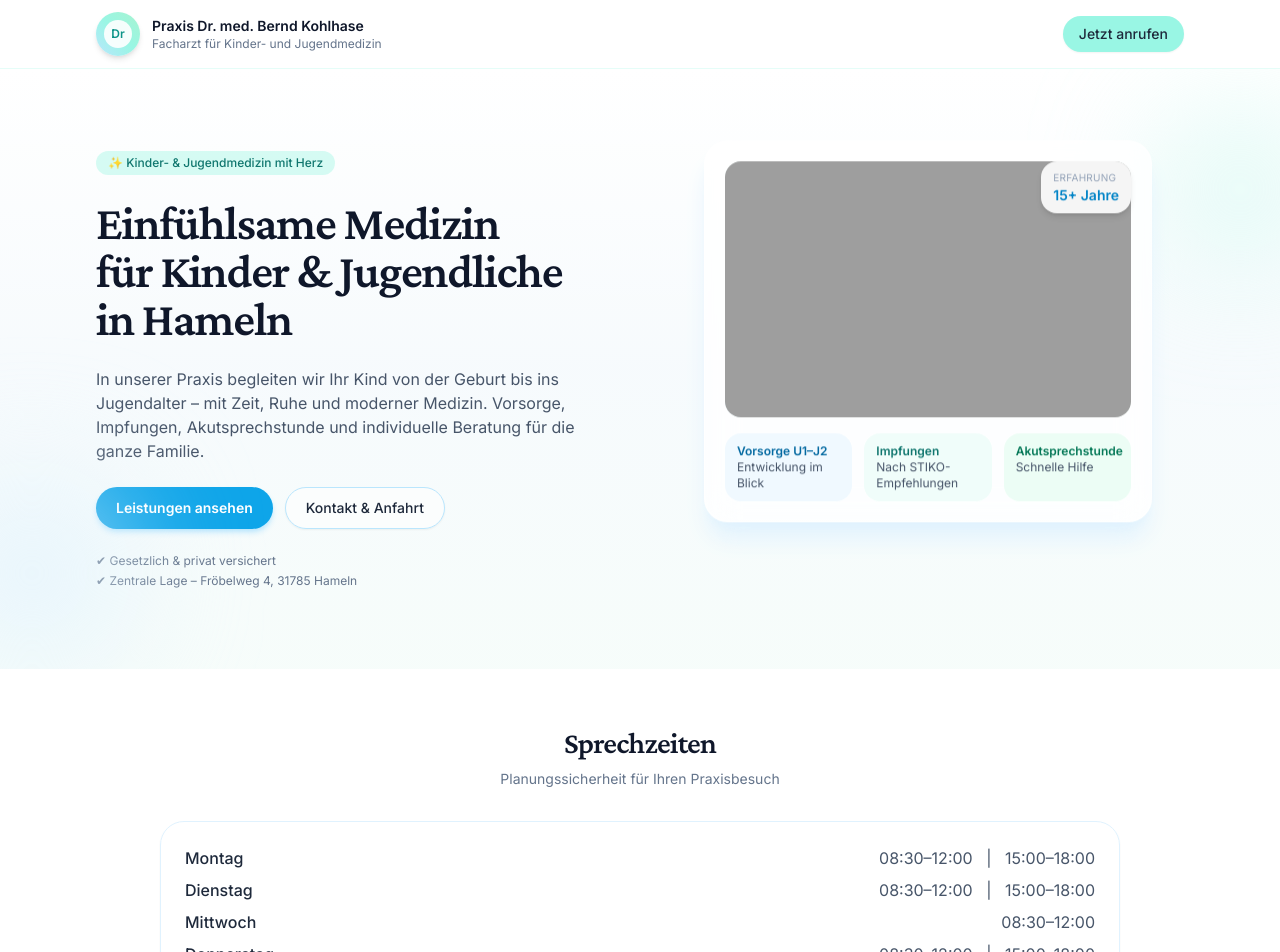
Repository: NikolajMalisch/kinderartz-web
Page: index.html
These files come from the project's save history. The page is drawn as it stood at one moment and after the next save; the edit follows.
The browser window is 1280 px wide. The pictures show the part of the page from y = 0 to 952 px (the page is 2595 px tall).
Pictures or frames that could not be fetched are drawn as grey boxes. Some web libraries are served in a nearby version.

Above is the page before, as saved 2025-12-11 17:18:49.

After the next save:
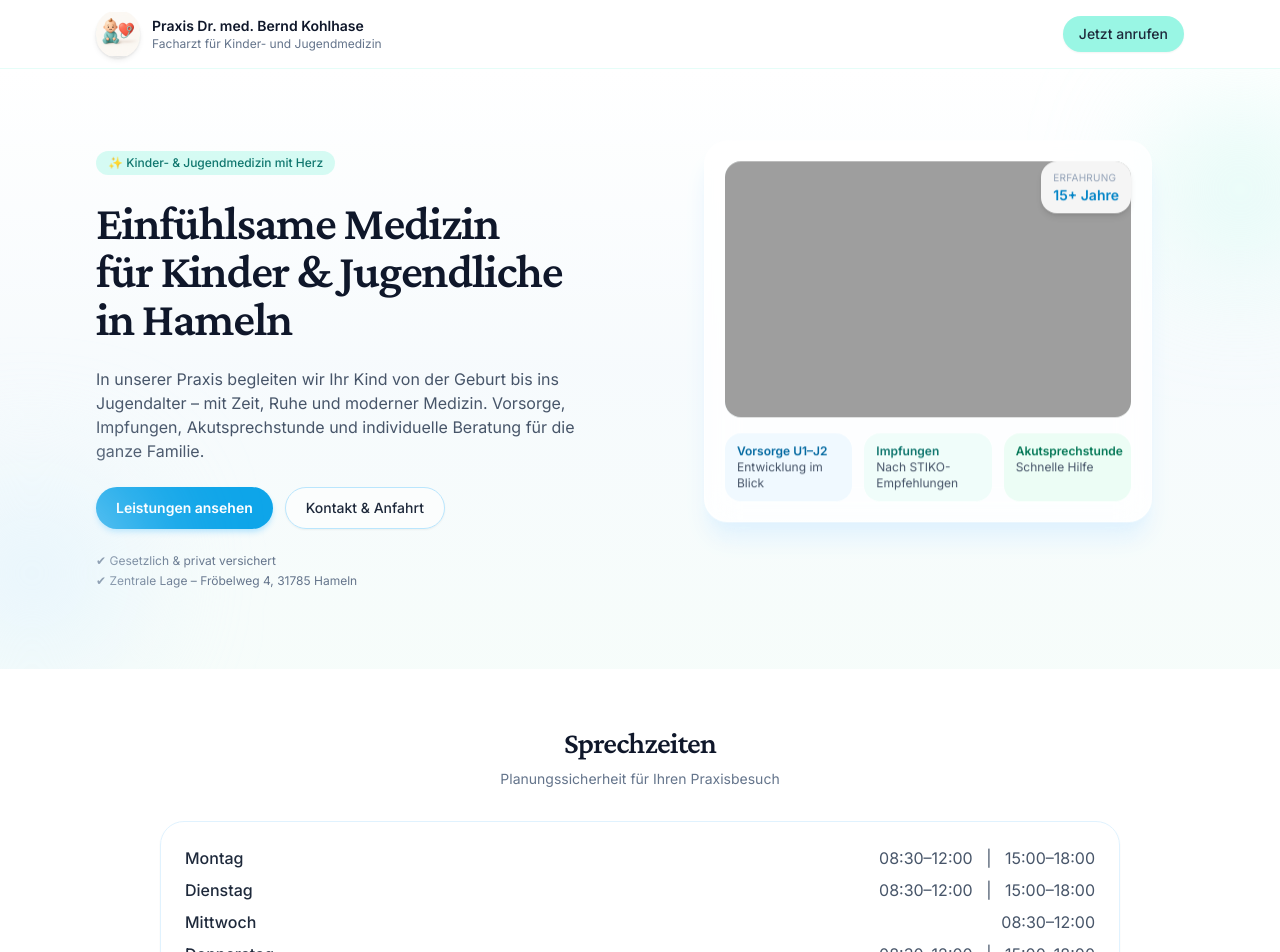
Saved 3 h 57 min later.
--- a/index.html
+++ b/index.html
@@ -64,9 +64,12 @@
                 <div
                     class="flex h-11 w-11 items-center justify-center rounded-full bg-gradient-to-tr from-sky-200 via-teal-200 to-emerald-200 shadow-md">
                     <!-- Mini Logo Bubble (можно позже заменить на svg-лого) -->
-                    <div class="flex h-7 w-7 items-center justify-center rounded-full bg-white/90">
-                        <span class="text-xs font-semibold text-teal-600">Dr</span>
-                    </div>
+                    <div class="flex items-center">
+    <img src="images/logo.webp"
+         alt="Praxis Logo"
+         class="h-12 w-12 object-contain rounded-full shadow-sm" />
+</div>
+
                 </div>
                 <div class="leading-tight">
                     <p class="text-sm font-semibold text-slate-900">
